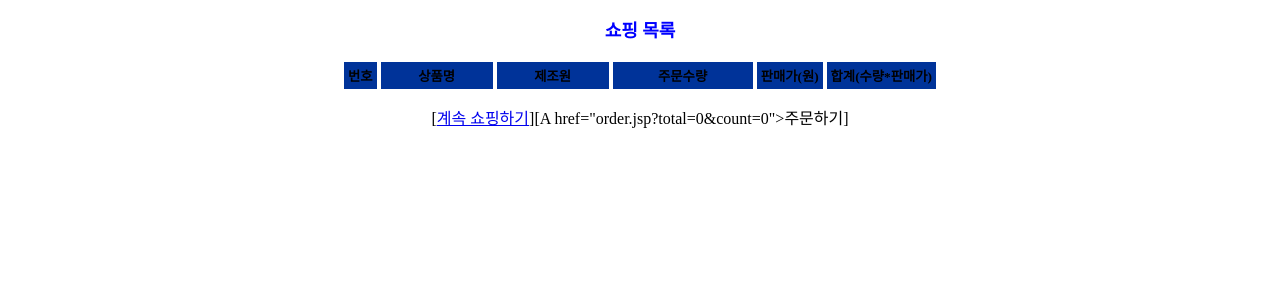
Repository: severrepair/JSPproject
Page: http://localhost/Shop/sale_list.jsp
An editor plug-in stored every save of this project. The page is shown before and after the next save, followed by the edit.
The browser window is 1280 px wide. The pictures show the whole page.
The page is served by Tomcat 9.

Above is the page before, as saved 2022-12-03 05:36:27.

After the next save:
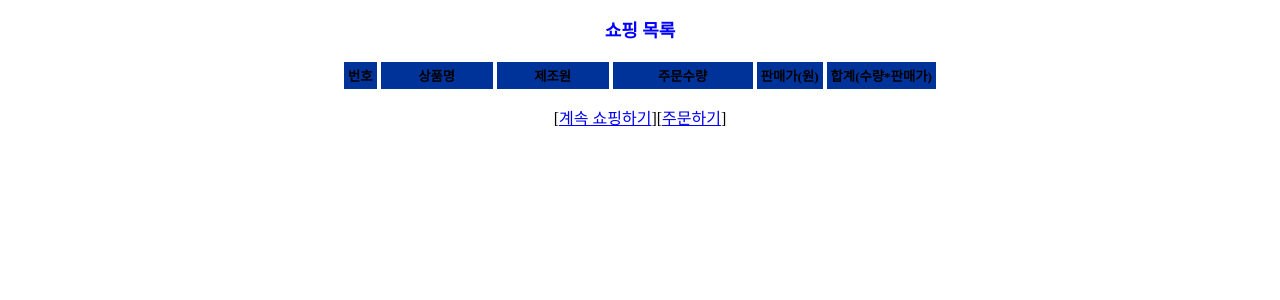
Saved 2 min 39 s later.
--- a/Shop/src/main/webapp/sale_list.jsp
+++ b/Shop/src/main/webapp/sale_list.jsp
@@ -147,7 +147,7 @@
 		out.print("[<A href=\"/Shop/shop_list.jsp?go="+ where);
 		out.print("&cat=" + ca + "&pname=" + pn+"\">계속 쇼핑하기</A>]");
 
-		out.println("[A href=\"order.jsp?total="+total+"&count="+ count+"\">주문하기</A>]");
+		out.println("[<A href=\" order.jsp?total="+total+"&count="+count+"\">주문하기</A>]");
 	}catch(SQLException e){
 		out.println(e);
 	}
